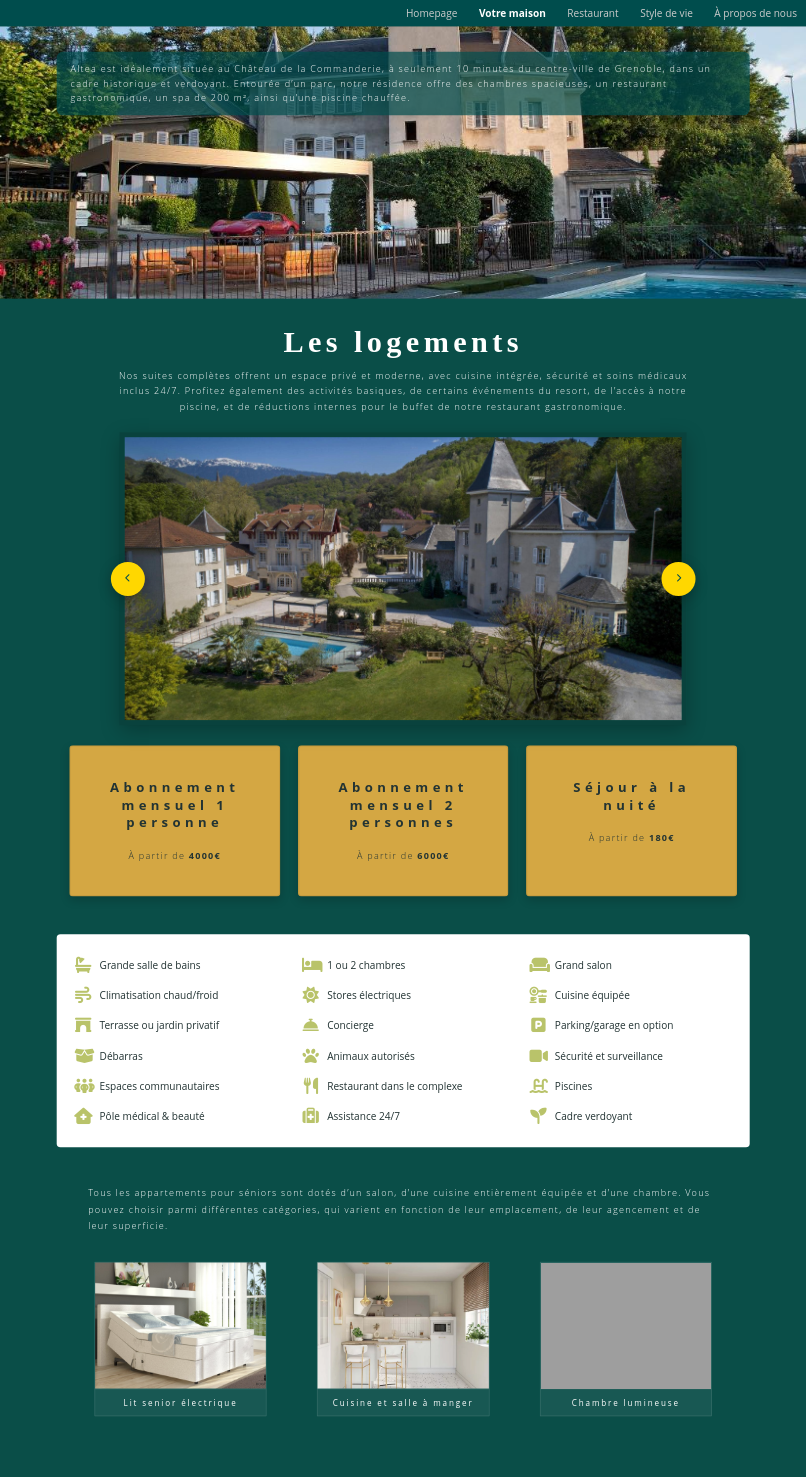
Repository: Rahimzeeeer/alteaaaa
Page: maison.html
An editor plug-in stored every save of this project. The page is shown before and after the next save, followed by the edit.
The browser window is 1280 px wide. The pictures show the whole page, at 63% of full size.
Pictures or frames that could not be fetched are drawn as grey boxes.

Above is the page before, as saved 2025-08-12 17:38:04.

After the next save:
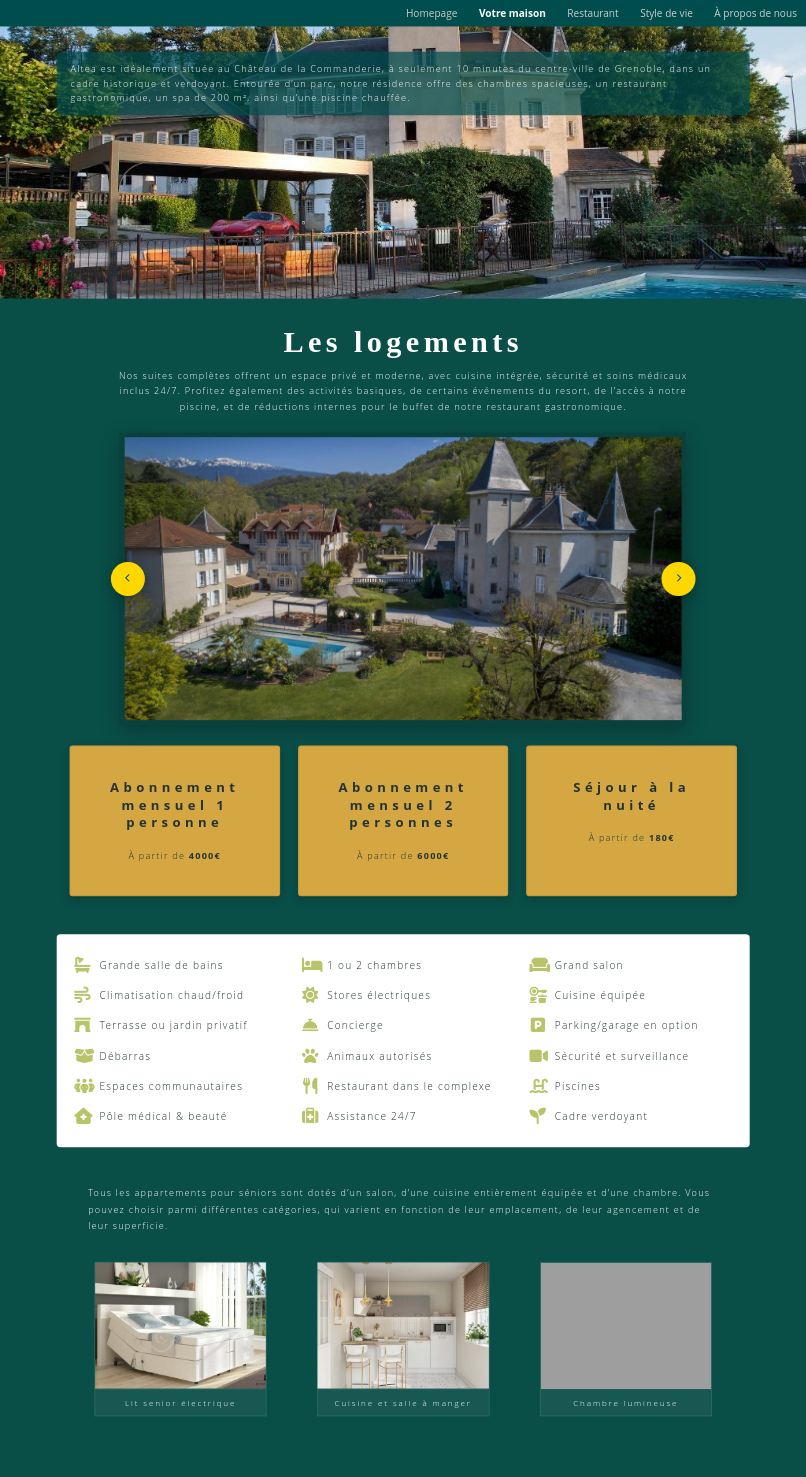
Saved 63 s later.
--- a/style.css
+++ b/style.css
@@ -42,7 +42,7 @@ p{
 }
 
 
-p, span{
+p, span, div{
   font-family: 'Open sans', sans-serif;
   letter-spacing: 2px;
   font-weight : lighter
